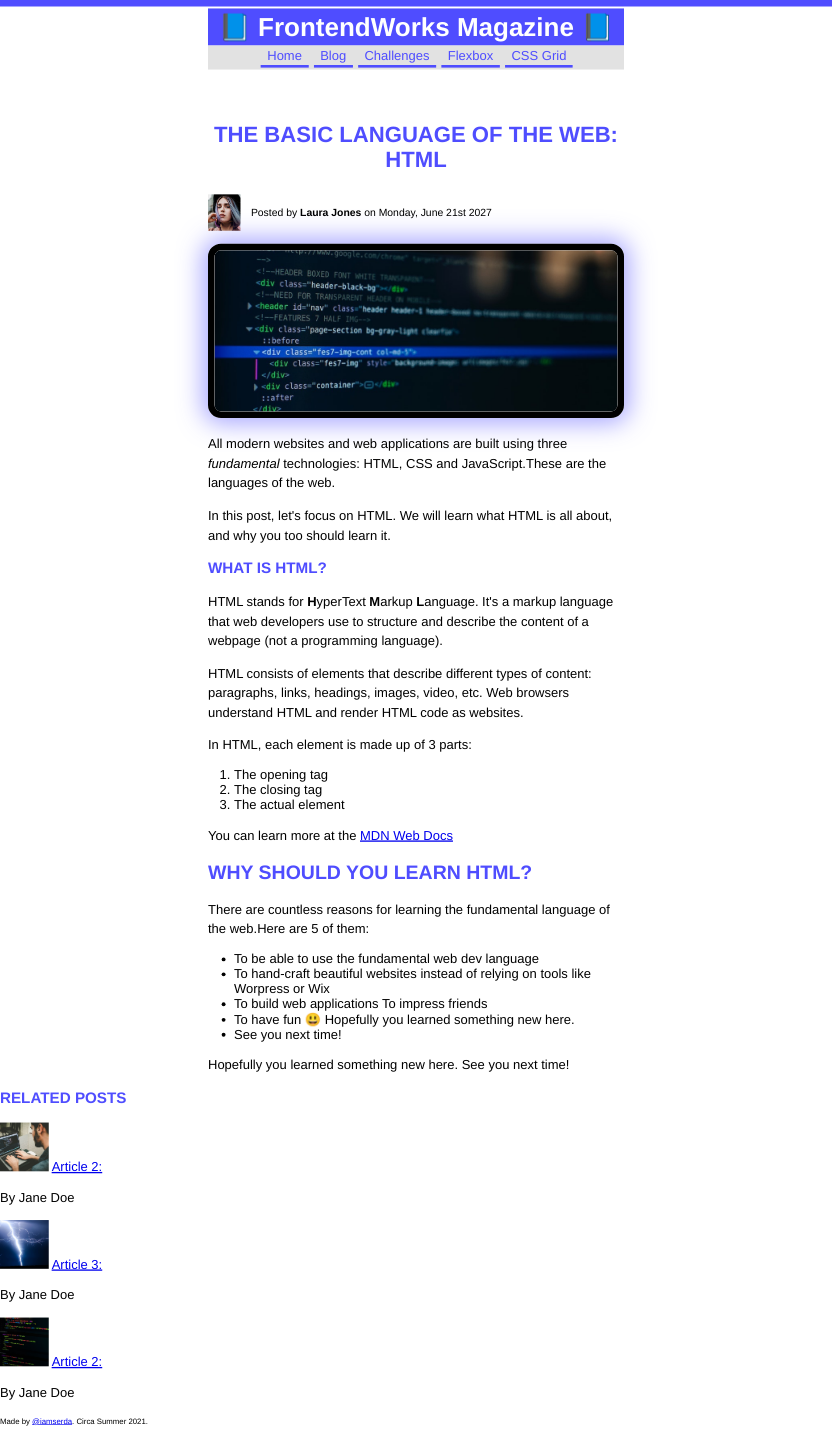
Repository: iamserda/html-css-course
Page: starter/02-HTML-Fundamentals/index.html
An editor plug-in stored every save of this project. The page is shown before and after the next save, followed by the edit.
The browser window is 1280 px wide. The pictures show the whole page, at 65% of full size.

Above is the page before, as saved 2021-07-17 17:44:26.

### starter/02-HTML-Fundamentals/index.html
<!DOCTYPE html>
<html lang="en">

<head>
    <meta charset="UTF-8" />
    <meta http-equiv="X-UA-Compatible" content="IE=edge" />
    <meta name="viewport" content="width=device-width, initial-scale=1.0" />
    <title>HTML Fundamentals by Laura Jones</title>
    <link href="index.css" rel="stylesheet" />
</head>

<body>
    <header>
        <h1 class="brandname">📘 FrontendWorks Magazine 📘</h1>
        <nav>
            <ul>
                <li><a href="index.html">Home</a></li>
                <li><a href="blog/">Blog</a></li>
                <li><a href="challenges/">Challenges</a></li>
                <li><a href="https://css-tricks.com/snippets/css/a-guide-to-flexbox/" target="_blank">Flexbox</a></li>
                <li><a href="https://css-tricks.com/snippets/css/complete-guide-grid/" target="_blank">CSS Grid</a></li>
            </ul>
        </nav>
    </header>
    <main>
        <section>
            <article>
                <header class="article-meta">
                    <h1 class="post-title">The Basic Language of the Web: HTML</h1>
                    <div class="author">
                        <img class="author-pic" src="img/laura-jones.jpg" alt="photo of author laura jones" />
                        <p>Posted by <strong>Laura Jones</strong> on Monday, June 21st 2027</p>
                    </div>
                </header>
                <div class="article-content">
                    <img class="post-image" src="img/post-img.jpg" alt="displaying html code." />
                    <p> All modern websites and web applications are built using three
                        <em>fundamental</em> technologies: HTML, CSS and JavaScript.These are the languages of the web.
                    </p>
                    <p>
                        In this post, let's focus on HTML. We will learn what HTML is all about, and why you too should
                        learn it.
                    </p>

                    <h3>What is HTML?</h3>

                    <p>
                        HTML stands for <b>H</b>yperText <b>M</b>arkup <b>L</b>anguage. It's a markup language that web
                        developers use to structure and describe the content of a webpage (not a programming language).
                    </p>

                    <p>
                        HTML consists of elements that describe different types of content: paragraphs, links, headings,
                        images, video, etc. Web browsers understand HTML and render HTML code as websites.
                    </p>

                    <p>In HTML, each element is made up of 3 parts:</p>
                    <ol>
                        <li>The opening tag</li>
                        <li>The closing tag</li>
                        <li>The actual element</li>
                    </ol>
                    <p>
                        You can learn more at the
                        <a href="https://developer.mozilla.org/en-US/" target="_blank">MDN Web Docs</a>
                    </p>
                    <h2>Why should you learn HTML?</h2>
                    <p>There are countless reasons for learning the fundamental language of the web.Here are 5 of them:
                    </p>
                    <ul>
                        <li>To be able to use the fundamental web dev language</li>
                        <li>To hand-craft beautiful websites instead of relying on tools like Worpress or Wix</li>
                        <li>To build web applications To impress friends</li>
                        <li>To have fun 😃 Hopefully you learned something new here.</li>
                        <li>See you next time!</li>
                    </ul>
                    <p>Hopefully you learned something new here. See you next time!</p>
                </div>
            </article>
        </section>
        <aside>
            <h3>Related Posts</h3>
            <div class="related">
                <img src="img/related-1.jpg" alt="a programmer writing code.">
                <a href="#article2">Article 2:</a>
                <p>By Jane Doe</p>
            </div>
            <div class="related">
                <img src="img/related-2.jpg" alt="a programmer writing code.">
                <a href="#article3">Article 3:</a>
                <p>By Jane Doe</p>
            </div>
            <div class="related">
                <img src="img/related-3.jpg" alt="a programmer writing code.">
                <a href="#article4">Article 2:</a>
                <p>By Jane Doe</p>
            </div>
        </aside>
    </main>
    <footer>
        <p>Made by <a href="https://twitter.com/iamserda">@iamserda</a>. Circa Summer 2021.</p>
    </footer>
</body>

</html>

### starter/02-HTML-Fundamentals/index.css
* {
    box-sizing: border-box;
}

html {
    font-size: 16px;
}

html,
body {
    margin: 0;
    padding: 0;
}

body {
    font-family: Helvetica, Arial, sans-serif;
    font-size: 1.25rem;
}

body>header {
    border-top: 10px solid rgb(80, 77, 255);
    padding-top: 0.125em;
}

body>main {
    margin-top: 4em;
}

h1,
h2,
h3,
h4,
h5,
h6 {
    color: rgb(79, 77, 255);
    text-transform: uppercase;
}

.brandname {
    width: 50%;
    margin: 0 auto;
    font-size: 2.5rem;
    text-transform: capitalize;
    text-align: center;
    color: white;
    background-color: rgb(79, 77, 255);
    padding: 0.125em 0;
}

p {
    line-height: 1.5;
}

nav {
    margin-top: 0;
    background-color: rgb(226, 226, 226);
    width: 50%;
    margin-left: auto;
    margin-right: auto;

}

nav ul {
    padding: 0.125em;
    margin: 0 auto;
    width: fit-content;

}

nav li {
    list-style: none;
    border-bottom: 4px solid rgb(79, 77, 255);
    padding: 0.125em 0.5em;
    margin-left: 0.125em;
    display: inline-block;
    color: rgb(79, 77, 255);
}

nav a {
    display: block;
    text-decoration: none;
    color: inherit;
    width: 100%;
    height: auto;
}

nav li:hover {
    background-color: rgb(79, 77, 255);
    border-bottom: 4px solid white;
    color: white;
}

nav li:hover a {
    color: white;
}

article {
    width: 50%;
    margin: 1em auto;
}

footer p {
    font-size: 0.75rem;
}

.article-meta {
    margin-bottom: 1em;
}


.author {
    display: flex;
    flex-flow: row nowrap;
    width: 100%;
    justify-content: flex-start;
    font-size: 1rem;
}

.related img {
    width: 100%;
    max-width: 75px;
}

.post-title {
    color: rgb(79, 77, 255);
    text-align: center;
    font-size: 2.125rem;
}

.post-image {
    width: 100%;
    max-width: 960px;
    height: auto;
    border: 10px solid rgb(0, 0, 0);
    box-shadow: 0 0 38px 8px rgba(80, 77, 255, 0.5);
    border-radius: 20px;
}

.author-pic {
    width: 100%;
    max-width: 50px;
    margin-right: 1em;
}

After the next save:
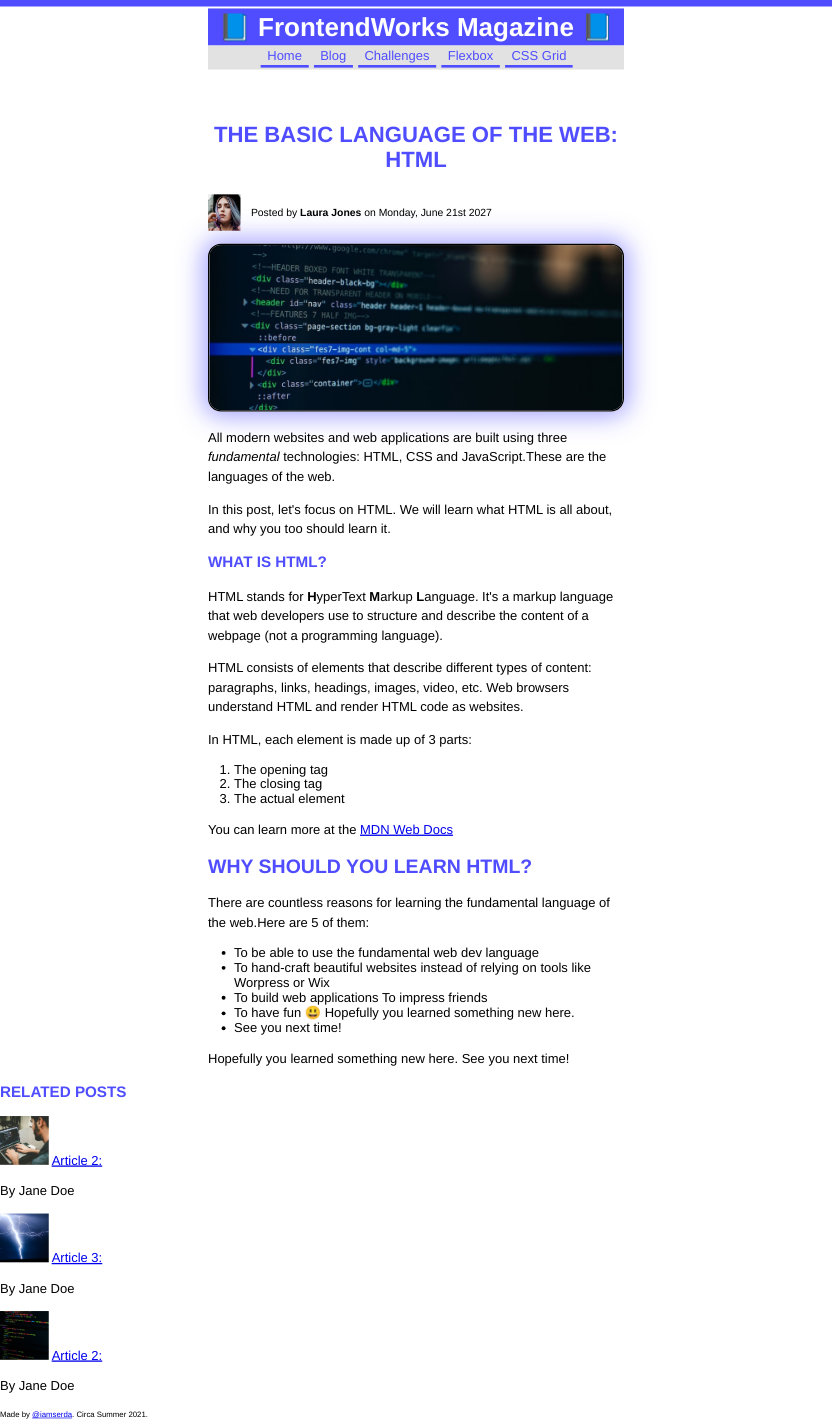
Saved 11 s later.
--- a/starter/02-HTML-Fundamentals/index.css
+++ b/starter/02-HTML-Fundamentals/index.css
@@ -131,7 +131,7 @@ footer p {
     width: 100%;
     max-width: 960px;
     height: auto;
-    border: 10px solid rgb(0, 0, 0);
+    border: 2px solid rgb(0, 0, 0);
     box-shadow: 0 0 38px 8px rgba(80, 77, 255, 0.5);
     border-radius: 20px;
 }
